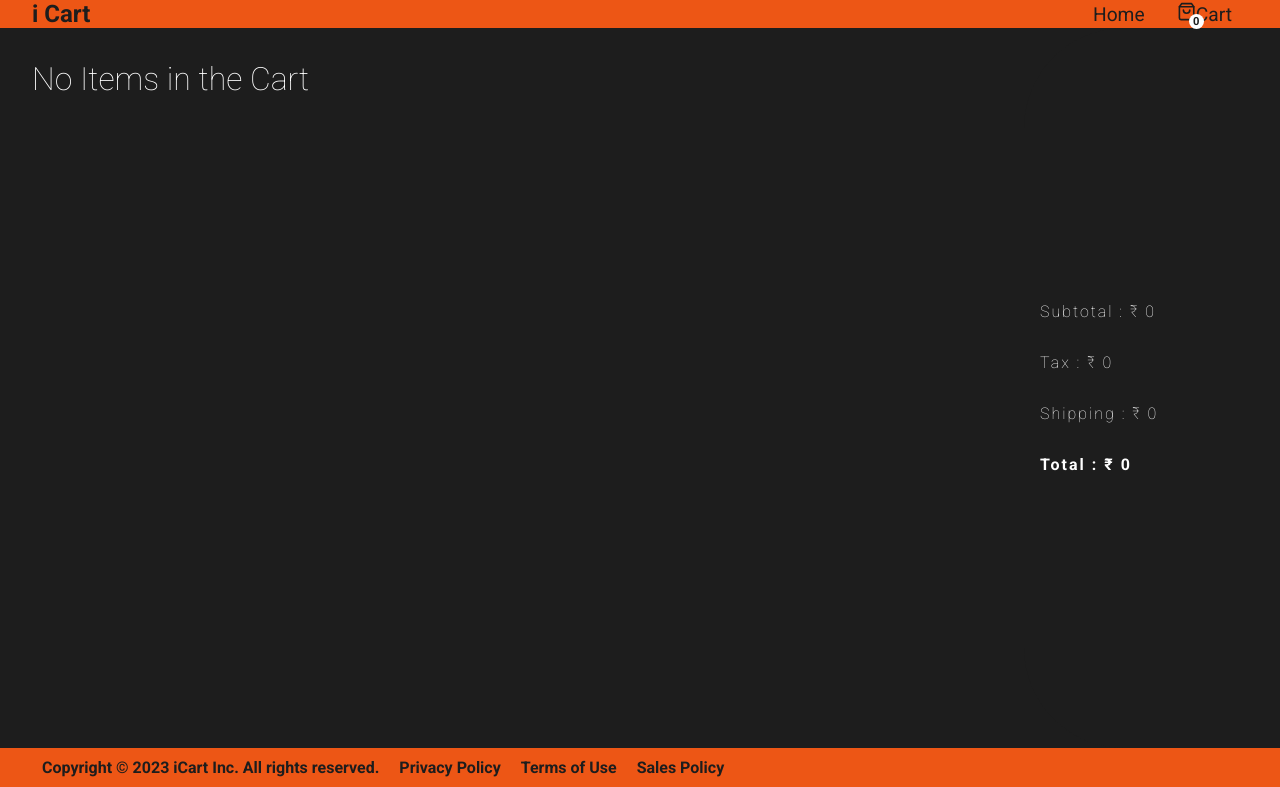
Repository: suraj-yadav7/eCommerce-Cart-React
Page: /cart
An editor plug-in stored every save of this project. The page is shown before and after the next save, followed by the edit.
The browser window is 1280 px wide. The pictures show the whole page.
The project was rebuilt for these pictures with package versions that can differ from the ones it lists, and the page was loaded fresh each time. Also part of the build but not shown: src/Components/Home.jsx.

Above is the page before, as saved 2023-03-31 10:44:58.

### src/index.js
import React from 'react';
import ReactDOM from 'react-dom/client';
import App from './App';
import { Provider } from 'react-redux';
import store from './Redux/store';

const root = ReactDOM.createRoot(document.getElementById('root'));
root.render(
  <React.StrictMode>
    <Provider store={store}>

    <App />
    </Provider>
  </React.StrictMode>
);

### src/App.js
import "./styles/app.scss";
import { BrowserRouter as Router,Routes, Route} from "react-router-dom";
import Header from "./Components/Header"
import Home from "./Components/Home"
import Footer from "./Components/Footer"
import { Toaster } from "react-hot-toast";
import Cart from "./Components/Cart";
function App() {
  return (
<Router>
<Header/>
<Routes>
  <Route path="/" element={<Home/>}/>
  <Route path="/cart" element={<Cart/>} />
</Routes>
<Footer/>
<Toaster/>
</Router>
  );
}

export default App;

### src/Redux/store.jsx
import {configureStore} from "@reduxjs/toolkit"
import { cartReducer } from "./reducer"

const store = configureStore({

    reducer: {
        cart: cartReducer,
    },
})

export default store

### src/styles/app.scss
@import url('https://fonts.googleapis.com/css2?family=Roboto:ital,wght@0,100;0,300;0,400;0,500;0,700;1,700&display=swap');

@import "colors";
@import "header";
@import "home";
@import "cart";
@import "mediaquery";
@import "footer";

*{
    margin:0;
    padding:0;
    box-sizing: border-box;
    text-decoration: none;
    font-family: "Roboto", sans-serif;
}

body{
    background-color: $primary;

}

h1{
    color: $secondary;
}

### src/Components/Header.jsx
import React from 'react'
import { Link } from 'react-router-dom'
import {FiShoppingBag} from "react-icons/fi"
import { useSelector } from 'react-redux'

const Header = () => {
  const {cartItems} = useSelector(state => state.cart)
  return (
 <>
 <nav>
    <h2>i Cart</h2>
    <div>
        <Link to={"/"}>Home</Link>
        <Link to={"/cart"}><FiShoppingBag/>Cart
        <p>{cartItems.length}</p>
        </Link>
    </div>
 </nav>

 </>
  )
}

export default Header

### src/Components/Footer.jsx
import React from 'react'

const Footer = () => {
  return (
    <>
    <footer>
        <div>
            <h4>Copyright © 2023 iCart Inc. All rights reserved.</h4>
            <h4>Privacy Policy</h4>
            <h4>Terms of Use</h4>
            <h4>Sales Policy</h4>
        </div>
    </footer>
    </>
  )
}

export default Footer

### src/Components/Cart.jsx
import React from "react";
import {AiFillDelete} from "react-icons/ai"
// import img1 from "../Assets/img1.jpg"
import {useDispatch, useSelector} from "react-redux"

const Cart = () =>{
    const {cartItems,subTotal, shipping,tax, total} = useSelector(state => state.cart)
    const dispatch = useDispatch()

    const increment = (id)=>{
        dispatch({
            type:"addToCart",
            payload:{id}
        });
        dispatch({type:"calculate"})
    }

    const decrement = (id)=>{
        dispatch({
            type:"decrement",
            payload: id
        });
        dispatch({type:"calculate"})

    }

    const deleteHandler = (id)=>{
        dispatch({
            type:"deleteHandler",
            payload: id
        });
        dispatch({type:"calculate"})
    }

    return(
        <div className="cart">
            <main>
                {
                cartItems.length>0 ? (
                    cartItems.map(i=>(
                        <CartItem
                        imgSrc={i.imgSrc}
                        price={i.price}
                        name={i.name}
                        qnty={i.quantity}
                        id={i.id}
                        key={i.id}
                        increment={increment}
                        decrement={decrement}
                        deleteHandler={deleteHandler}
                        />
                    ))

                ): <h1>No Items in the Cart</h1>
                }
                </main>
            <aside>
                <h2>Subtotal : ₹ {subTotal}</h2>
                <h2>Tax : ₹ {tax}</h2>
                <h2>Shipping : ₹ {shipping}</h2>
                <h2>Total :  ₹ {total}</h2>
            </aside>
        </div>
    )
}

const CartItem = ({imgSrc,price, name, qnty, decrement, increment, deleteHandler,id}) =>{
return(
<div className="cartItem">
    <img src={imgSrc} alt="#"/>
    <article>
        <h3>{name}</h3>
        <p>${price}</p>
    </article>
    <div>
        <button onClick={()=>decrement(id)}>-</button>
        <p>{qnty}</p>
        <button onClick={()=>increment(id)}>+</button>
    </div>
    <AiFillDelete onClick={()=> deleteHandler(id)}/>
</div>
)
}

export default Cart

### src/Redux/reducer.jsx
import {createReducer} from "@reduxjs/toolkit"

export const cartReducer = createReducer({
    cartItems:[],
    subTotal:0,
    shipping:0,
    tax:0,
    total:0,

},

{
    addToCart : (state,action)=>{
        const item = action.payload;
        const isItemExit = state.cartItems.find(i=>i.id===item.id);
        if(isItemExit){

        if(isItemExit){
            state.cartItems.forEach(i=>{
                if(i.id===item.id) i.quantity += 1
            })
        }

        }
        else{
            state.cartItems.push(item)
        }
    },

    decrement: (state,action)=>{
        const item = state.cartItems.find(i=>i.id===action.payload);
        if(item.quantity>1){
            state.cartItems.forEach((i)=>{
                if(i.id===item.id) i.quantity -=1
            })
        }

    },

    deleteHandler : (state,action)=>{
        state.cartItems = state.cartItems.filter((i) => i.id !==action.payload)

    },
    calculate:(state)=>{
        let sum=0
        state.cartItems.forEach((i)=> (sum +=i.price * i.quantity))
        state.subTotal = sum
        state.shipping =(state.subTotal > 10000? 0 : 20) &&  (state.cartItems.length<=0? 0 : 20);
        state.tax = +(state.subTotal * 0.18).toFixed(); //Here '+' will change string to number
        state.total = state.subTotal + state.shipping+state.tax
    },
});

### src/styles/colors.scss
$primary : rgb(29,29,29);
$primarydark : rgb(18,18,18);
$secondary : rgb(237,86,21);
$secondarydark : rgb(197,72,18);
$tertiary: #ffff;

### src/styles/header.scss
@import "colors";

nav{
    background-color: $secondary;
    display: flex;
    justify-content: space-between;
    padding: 0 2rem;

    >h2{
        color: $primary;
    }
    >div{
        display: flex;
        align-items: center;

    >a{
            color:$primary;
            font-size: 1.2rem;
            margin: 0 1rem;
            transition: all 0.3s;
            &:hover{
                opacity: 0.5;
            }
            >p{
                position:absolute;
                background-color: $tertiary;
                border-radius: 50%;
                width: 15px;
                height: 15px;
                font: 900 0.7rem "Roboto";
                display: grid;
                place-items: center;
                transform: translate(80%, -80%);
            }
        }
    }


}

### src/styles/home.scss
@import "colors";
.home{
    display: flex;
    justify-content: center;
    flex-wrap: wrap;
    padding: 3rem;
}

.productCard {
    background-color : $tertiary;
    width: 208px;
    margin: 2rem;
    border-radius : 5px;
    padding: 2rem;
    transition: all 0.5s;
    display: flex;
    flex-direction : column;
    align-items: center;

    img{
        width: 100%;
        height: 100%;
    }

    h4{
        margin: 1;
    }

    button{
        cursor: pointer;
        background-color: $secondary;
        border: none;
        color: $tertiary;
        border-radius: 5px;
        font-weight: 400;
        width: 60%;
        margin: 1rem;
        height: 3rem;
        transition: all 0.5;
        &:hover{
            background-color: $secondarydark;
        }
    }
    &:hover{
        transform: scale(1.1);
    }
}

### src/styles/cart.scss
@import "colors";

.cart{
    display: grid;
    grid-template-columns: 4fr 1fr;
    height: 100vh;
    >main{
        padding: 2rem;
        overflow-y: auto ;
        &::-webkit-scrollbar{
            display: none;
        }
        >h1{
            color: $tertiary;
            font: 100 2rem "Roboto";
        }
    }

    >aside{
        background-color: $primary;
        color: $tertiary;
        height: 100%;
        width: 100%;
        border-radius: 100px 0 0 100px;
        display: flex;
        justify-content: center;
        flex-direction: column;
        box-shadow: -10 0 10 rgba(0,0,0,0.182);
        h2{
            margin: 1rem;
            font: 100 1.0rem "Roboto";
            letter-spacing: 2px;
            &:last-of-type{
                font-weight: 600;
            }
        }
    }
}

.cartItem{
    background-color: $tertiary;
    border-radius: 10px;
    width: 100%;
    margin: 2rem 0;
    padding: 1rem;
    display: grid;
    grid-template-columns: 1fr 3fr 1fr 1fr;
    align-items: center;

    img{
        width: 100%;
        height: 200px;
        object-fit: contain;
    }
    >div{
        display: flex;
        align-items: center;
        height: 100%;

        >button{
            width: 30px;
            height: 30px;
            border: none;
            background-color: $primary;
            color: $tertiary;
            cursor: pointer;
            &:hover{
                background-color: $primary;
            }
        }
        p{
            width: 30px;
            height: 30px;
            display: grid;
            place-items: center;
        }
    }

    svg{
        cursor: pointer;
        font-size: 1.5rem;
        display: inline-block;
        margin: auto;
        &:hover{
            color: $secondary;
        }
    }

}

### src/styles/mediaquery.scss
@import "colors";

@media screen and (max-width: 820px) {
.cart{
    grid-template-columns: 1fr;

>aside{
    padding: 2rem;
    border-radius: 0%;
    >h2{
        font: 100 1.2rem "Roboto"
        }
        }
    }
}

### src/styles/footer.scss
@import "colors";

footer{
    background-color: $secondary;
    display: flex;
    justify-content: space-between;
    padding: 0 2rem;

    >div{
        display: flex;
        justify-content: space-between;


        >h4{
            color: $primary;
            margin: 5px;
            padding: 5px;
            font: 900 1rem "Roboto";
            cursor: pointer;
            transition: all 0.3s;
            &:hover{
                opacity: 0.5;
            }

        }
    }


}

Loaded but not shown: public/index.html (common file)

After the next save:
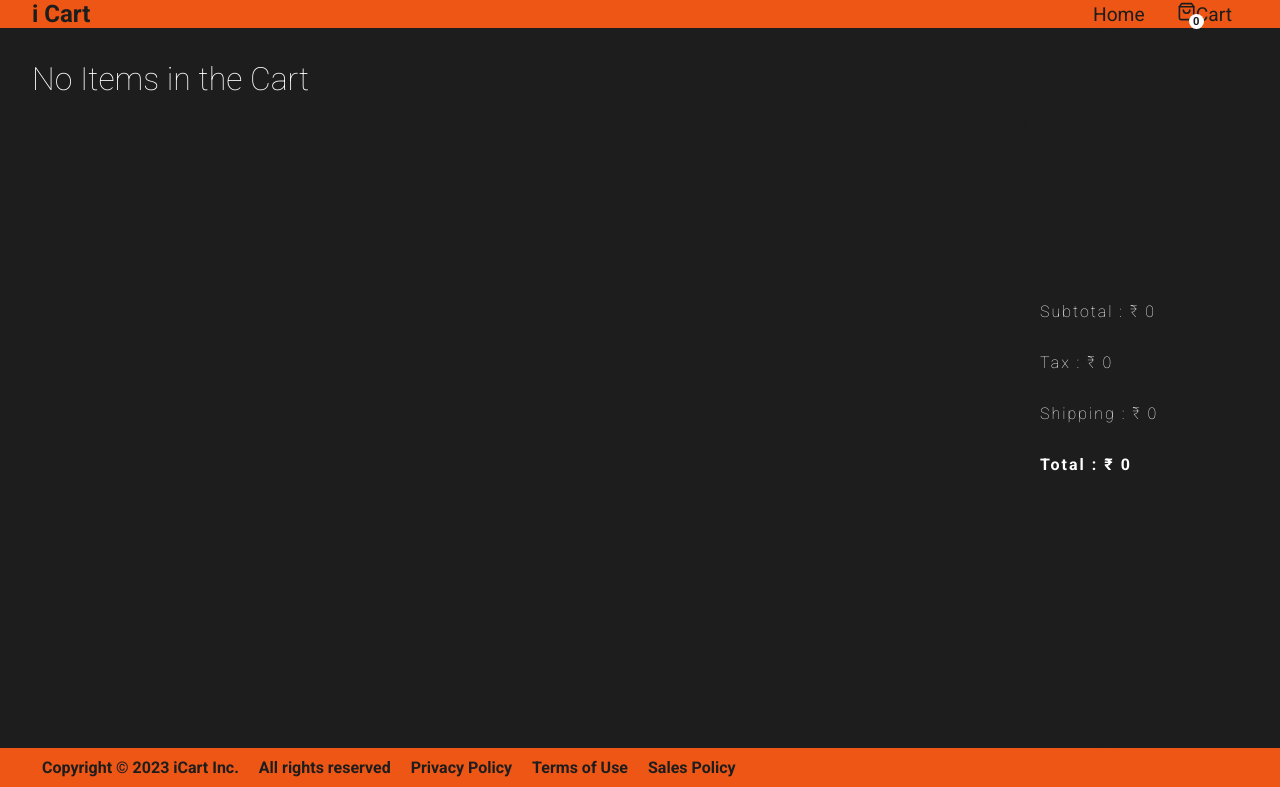
Saved 2 min 12 s later.
--- a/src/Components/Footer.jsx
+++ b/src/Components/Footer.jsx
@@ -5,7 +5,8 @@
     <>
     <footer>
         <div>
-            <h4>Copyright © 2023 iCart Inc. All rights reserved.</h4>
+            <h4>Copyright © 2023 iCart Inc.</h4>
+            <h4>All rights reserved</h4>
             <h4>Privacy Policy</h4>
             <h4>Terms of Use</h4>
             <h4>Sales Policy</h4>
